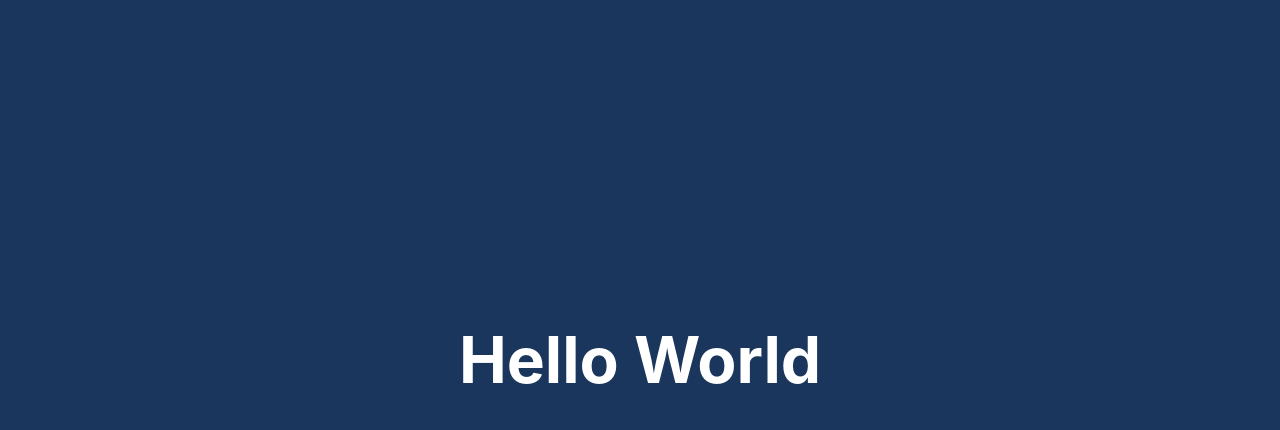
Repository: MarkHold/Cloudnote
Page: / (app in Starter-Page/src/renderer/)
The author's editor kept a copy of each file at every save. The page is drawn from the files as they stood at one save, then again after the next save.
The browser window is 1280 px wide. The pictures show the whole page.
The project was rebuilt for these pictures with package versions that can differ from the ones it lists, and the page was loaded fresh each time.

Above is the page before, as saved 2025-02-07 21:06:37.

### Starter-Page/src/renderer/src/App.tsx
function App(): JSX.Element {
  return (
    <div
      style={{
        backgroundColor: '#1a365d', // dark blue background
        minHeight: '100vh', // full viewport height
        minWidth: '100vw', // full viewport width
        margin: 0,
        padding: 0,
        position: 'fixed', // ensures no scrolling and full coverage
        top: 0,
        left: 0,
        right: 0,
        bottom: 0,
        display: 'flex',
        justifyContent: 'center',
        alignItems: 'center'
      }}
    >
      <h1
        style={{
          color: 'white',
          fontSize: '4rem',
          fontWeight: 'bold'
        }}
      >
        Hello World
      </h1>
    </div>
  )
}

export default App

Loaded but not shown: Starter-Page/src/renderer/index.html (common file); Starter-Page/src/renderer/src/main.tsx (common file); Starter-Page/src/renderer/src/assets/main.css (common file); Starter-Page/src/renderer/src/assets/base.css (common file)

After the next save:
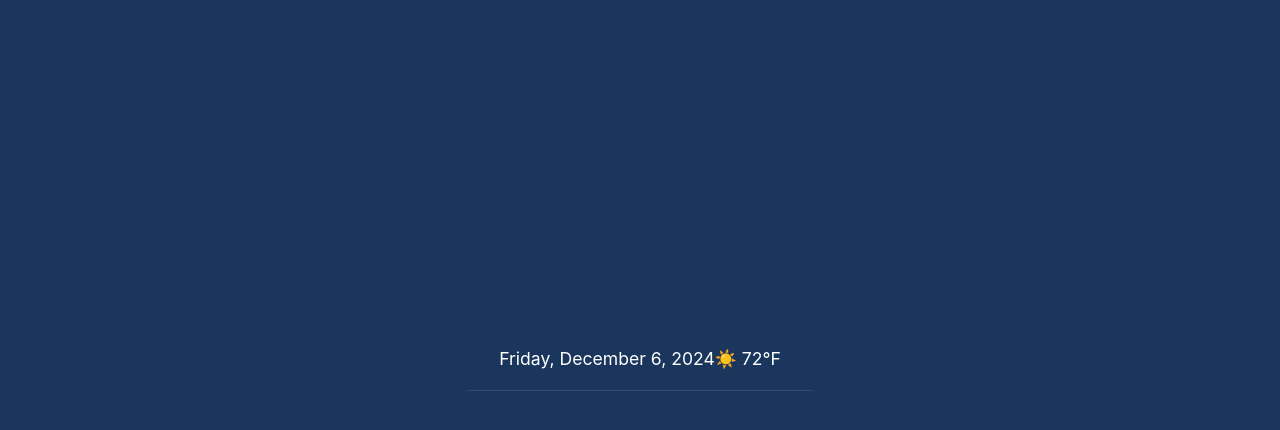
Saved 21 min 39 s later.
--- a/Starter-Page/src/renderer/src/App.tsx
+++ b/Starter-Page/src/renderer/src/App.tsx
@@ -1,4 +1,11 @@
 function App(): JSX.Element {
+  const today = new Date().toLocaleDateString('en-US', {
+    weekday: 'long',
+    year: 'numeric',
+    month: 'long',
+    day: 'numeric'
+  })
+
   return (
     <div
       style={{
@@ -17,15 +24,19 @@ function App(): JSX.Element {
         alignItems: 'center'
       }}
     >
-      <h1
+      <header
         style={{
+          display: 'flex',
+          justifyContent: 'space-between',
+          alignItems: 'center',
+          padding: '1rem 2rem',
           color: 'white',
-          fontSize: '4rem',
-          fontWeight: 'bold'
+          borderBottom: '1px solid rgba(255, 255, 255, 0.1)'
         }}
       >
-        Hello World
-      </h1>
+        <div style={{ fontSize: '1.1rem' }}>{today}</div>
+        <div style={{ fontSize: '1.1rem' }}>☀️ 72°F</div>
+      </header>
     </div>
   )
 }
